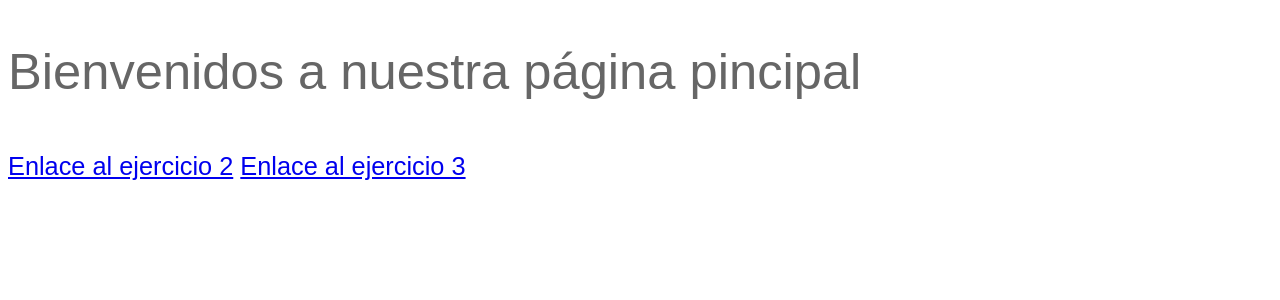
Repository: conmarred/Ejercicio4-Web
Page: Ejercicio4Web/src/main/webapp/index.html
An editor plug-in stored every save of this project. The page is shown before and after the next save, followed by the edit.
The browser window is 1280 px wide. The pictures show the whole page.
Some web fonts or font styles are not loaded; a fallback is used.

Above is the page before, as saved 2022-03-09 12:14:51.

### Ejercicio4Web/src/main/webapp/index.html
<!DOCTYPE html>
<html>
<head>
	<meta charset="UTF-8">
	<title>Pagina principal</title>
	<link rel="stylesheet" href="css/estilos.css">
</head>
<body>
	<h1>Bienvenidos a nuestra página pincipal</h1>
	<a href="ejercicio2.html">Enlace al ejercicio 2</a>
	<a href="ejercicio3.html">Enlace al ejercicio 3</a>
</body>
</html>

### Ejercicio4Web/src/main/webapp/css/estilos.css
@import url("fontawesome-all.min.css");
@import url("https://fonts.googleapis.com/css?family=Source+Sans+Pro:300,300italic,400,600");


/* Basic */

html {
	box-sizing: border-box;
}


body {
	background: #fff;
	font-family: 'Source Sans Pro', sans-serif;
	font-size: 19pt;
	font-weight: 300;
	line-height: 1.75em;
}

h1 {
	font-weight: 300;
	color: #666;
	line-height: 1.5em;
}

After the next save:
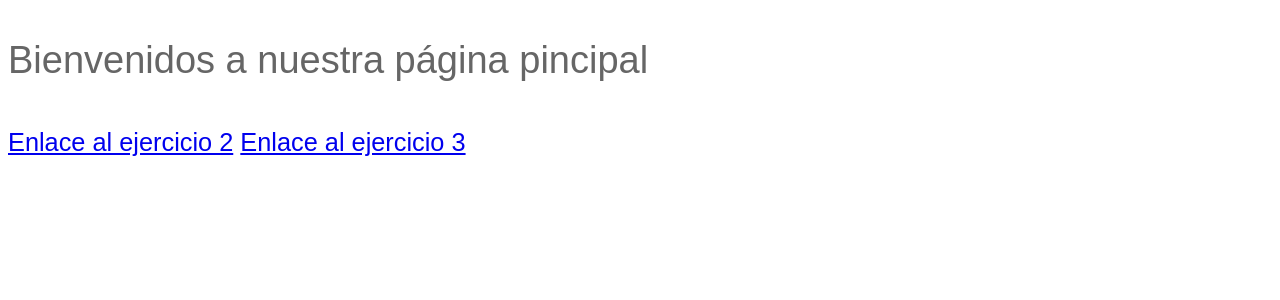
Saved 90 s later.
--- a/Ejercicio4Web/src/main/webapp/index.html
+++ b/Ejercicio4Web/src/main/webapp/index.html
@@ -6,8 +6,16 @@
 	<link rel="stylesheet" href="css/estilos.css">
 </head>
 <body>
-	<h1>Bienvenidos a nuestra página pincipal</h1>
+	<div id="main">
+
+		<section id="top">
+			<div class="container">
+			<h1>Bienvenidos a nuestra página pincipal</h1>
 	<a href="ejercicio2.html">Enlace al ejercicio 2</a>
 	<a href="ejercicio3.html">Enlace al ejercicio 3</a>
+			</div>
+		</section>
+	</div>
+
 </body>
 </html>
